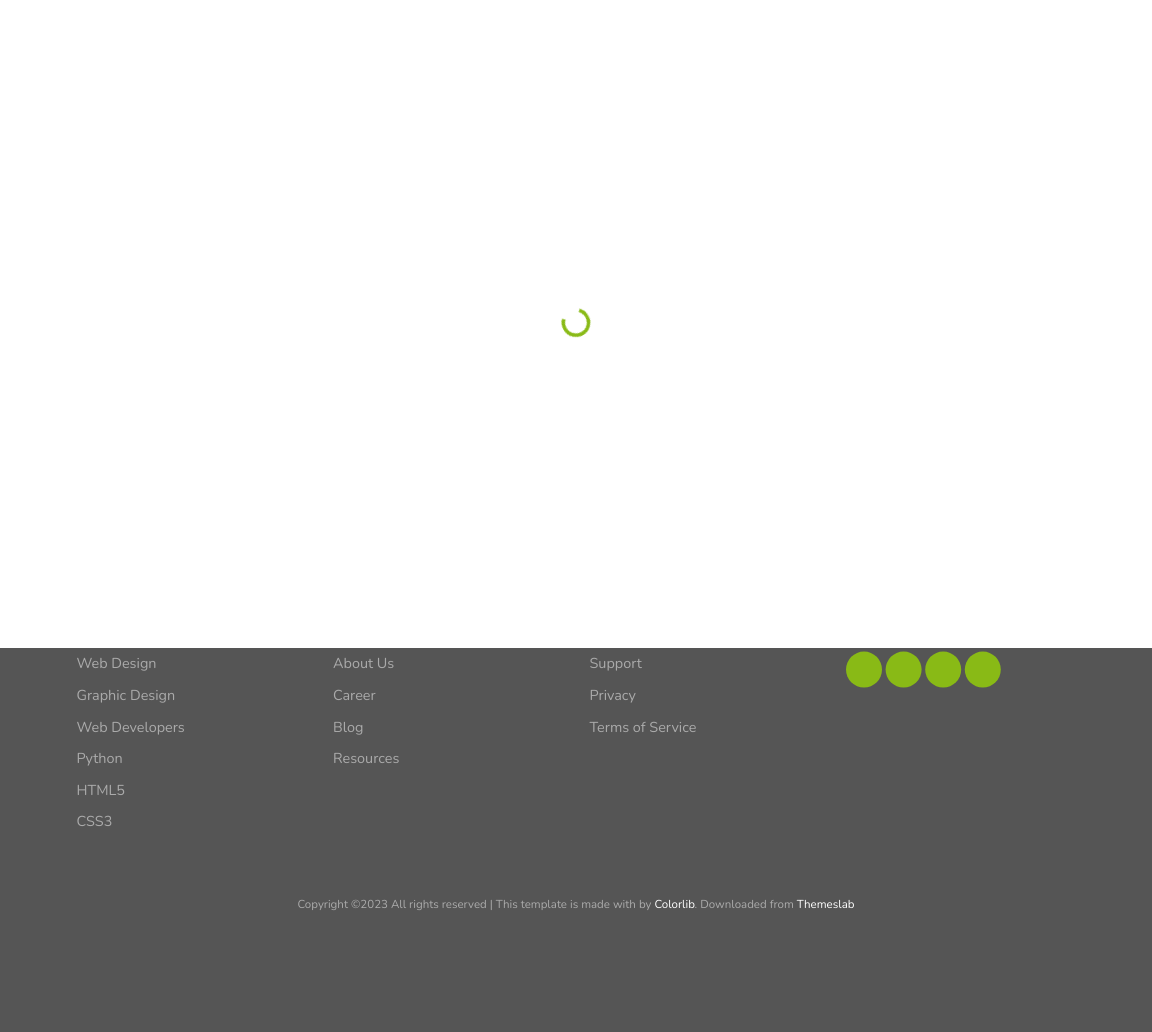
Repository: sara55m/Jobee
Page: resources/views/users/profile.blade.php
An editor plug-in stored every save of this project. The page is shown before and after the next save, followed by the edit.
The browser window is 1280 px wide. The pictures show the whole page, at 90% of full size.
The page is served by the project's Laravel application, run on PHP 8.4 with Laravel 10. Style sheets and scripts are compiled from the project's sources, by tool versions that may differ from the author's. The template is opened directly, without the code that normally fills it, so the values that code supplies are empty.

Above is the page before, as saved 2024-10-08 04:16:17.

After the next save:
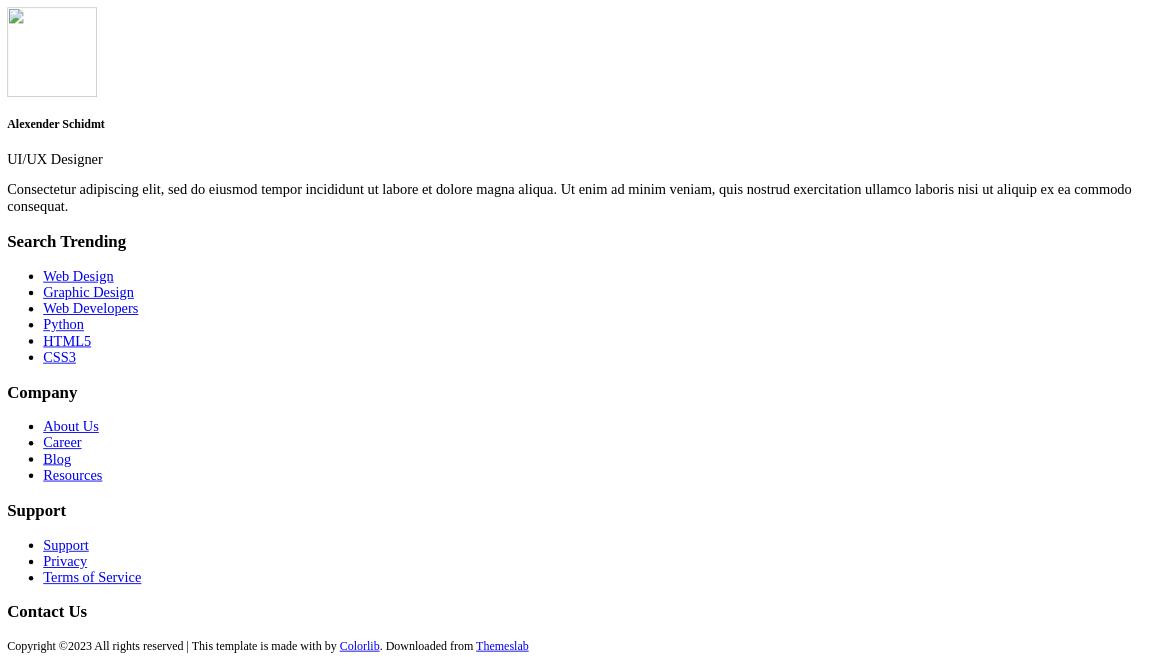
Saved 43 s later.
--- a/resources/views/users/profile.blade.php
+++ b/resources/views/users/profile.blade.php
@@ -1,77 +1,4 @@
-<!doctype html>
-<html lang="en">
-  <head>
-    <title>JobBoard &mdash; Website Template by Colorlib</title>
-    <meta charset="utf-8">
-    <meta name="viewport" content="width=device-width, initial-scale=1, shrink-to-fit=no">
-    <meta name="description" content="" />
-    <meta name="keywords" content="" />
-    <meta name="author" content="Free-Template.co" />
-    <link rel="shortcut icon" href="ftco-32x32.png">
 
-    <link rel="stylesheet" href="css/custom-bs.css">
-    <link rel="stylesheet" href="css/jquery.fancybox.min.css">
-    <link rel="stylesheet" href="css/bootstrap-select.min.css">
-    <link rel="stylesheet" href="fonts/icomoon/style.css">
-    <link rel="stylesheet" href="fonts/line-icons/style.css">
-    <link rel="stylesheet" href="css/owl.carousel.min.css">
-    <link rel="stylesheet" href="css/animate.min.css">
-    <link rel="stylesheet" href="css/quill.snow.css">
-
-    <!-- MAIN CSS -->
-    <link rel="stylesheet" href="css/style.css">
-  </head>
-  <body id="top">
-
-  <div id="overlayer"></div>
-  <div class="loader">
-    <div class="spinner-border text-primary" role="status">
-      <span class="sr-only">Loading...</span>
-    </div>
-  </div>
-
-
-<div class="site-wrap">
-
-    <div class="site-mobile-menu site-navbar-target">
-      <div class="site-mobile-menu-header">
-        <div class="site-mobile-menu-close mt-3">
-          <span class="icon-close2 js-menu-toggle"></span>
-        </div>
-      </div>
-      <div class="site-mobile-menu-body"></div>
-    </div> <!-- .site-mobile-menu -->
-
-
-    <!-- NAVBAR -->
-    <header class="site-navbar mt-3">
-      <div class="container-fluid">
-        <div class="row align-items-center">
-          <div class="site-logo col-6"><a href="index.html">JobBoard</a></div>
-
-          <nav class="mx-auto site-navigation">
-            <ul class="site-menu js-clone-nav d-none d-xl-block ml-0 pl-0">
-              <li><a href="index.html" class="nav-link active">Home</a></li>
-              <li><a href="about.html">About</a></li>
-
-
-              <li><a href="contact.html">Contact</a></li>
-              <li class="d-lg-none"><a href="post-job.html"><span class="mr-2">+</span> Post a Job</a></li>
-              <li class="d-lg-none"><a href="login.html">Log In</a></li>
-            </ul>
-          </nav>
-
-          <div class="right-cta-menu text-right d-flex aligin-items-center col-6">
-            <div class="ml-auto">
-              <a href="post-job.html" class="btn btn-outline-white border-width-2 d-none d-lg-inline-block"><span class="mr-2 icon-add"></span>Post a Job</a>
-              <a href="login.html" class="btn btn-primary border-width-2 d-none d-lg-inline-block"><span class="mr-2 icon-lock_outline"></span>Log In</a>
-            </div>
-            <a href="#" class="site-menu-toggle js-menu-toggle d-inline-block d-xl-none mt-lg-2 ml-3"><span class="icon-menu h3 m-0 p-0 mt-2"></span></a>
-          </div>
-
-        </div>
-      </div>
-    </header>
         <section class="section-hero overlay inner-page bg-image" style="background-image: url('images/hero_1.jpg');" id="home-section">
             <div class="container">
             <div class="row d-flex justify-content-center">
